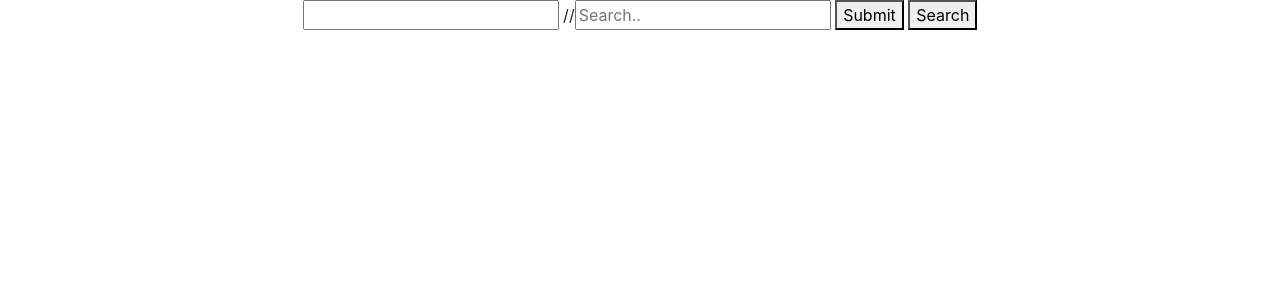
Repository: Prathyuus/MoviesHub
Page: http://localhost/Moviehub/index.jsp
These files come from the project's save history. The page is drawn as it stood at one moment and after the next save; the edit follows.
The browser window is 1280 px wide. The pictures show the whole page.
Some web libraries are served in a nearby version. The page is served by Tomcat 9.

Above is the page before, as saved 2018-02-26 08:47:56.

After the next save:
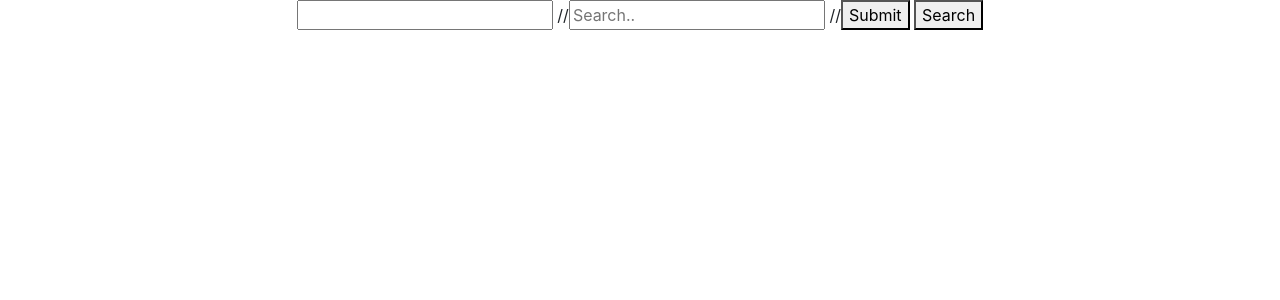
Saved 29 s later.
--- a/workspace/Moviehub/WebContent/index.jsp
+++ b/workspace/Moviehub/WebContent/index.jsp
@@ -17,7 +17,7 @@
 <form action="myfunction.js">
 <input type="text" name = "moviename">
 	//<input type="text" placeholder="Search.." name="moviename">
-	<button type="submit"  value="Submit">Submit</button>
+	//<button type="submit"  value="Submit">Submit</button>
       <button onclick="myfunction()">Search</button>
 </form>
 </center>
